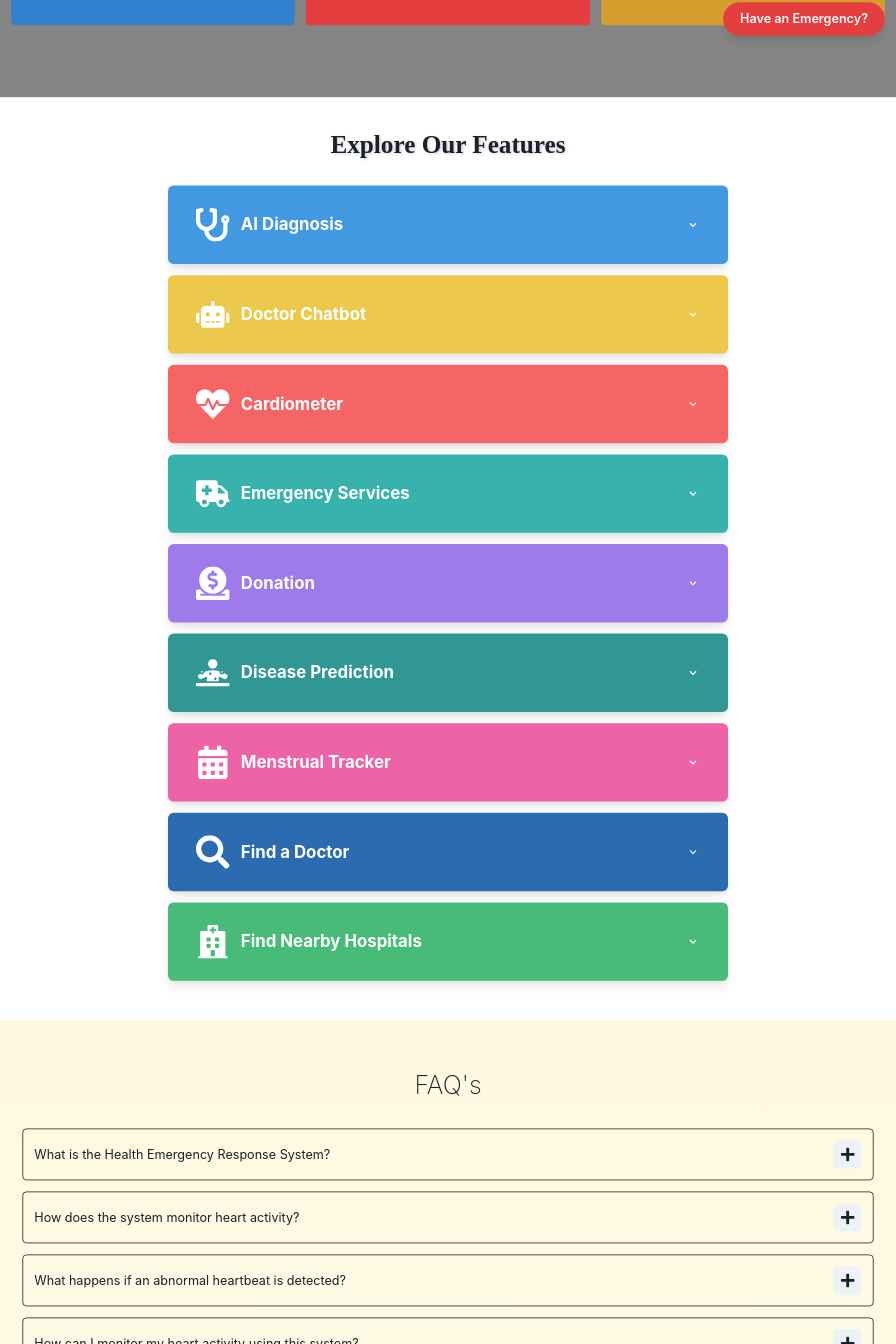
Repository: UniquePratham/VitalityAI
Page: /
These files come from the project's save history. The page is drawn as it stood at one moment and after the next save; the edit follows.
The browser window is 1280 px wide. The pictures show the part of the page from y = 653 to 2573 px (the page is 3462 px tall), at 70% of full size.
Pictures or frames that could not be fetched are drawn as grey boxes. The project was rebuilt for these pictures with package versions that can differ from the ones it lists, and the page was loaded fresh each time. The framework's server and built-in components were replaced by stand-ins that run in the browser. Also part of the build but not shown: next.config.js.

Above is the page before, as saved 2024-08-25 06:28:28.

After the next save:
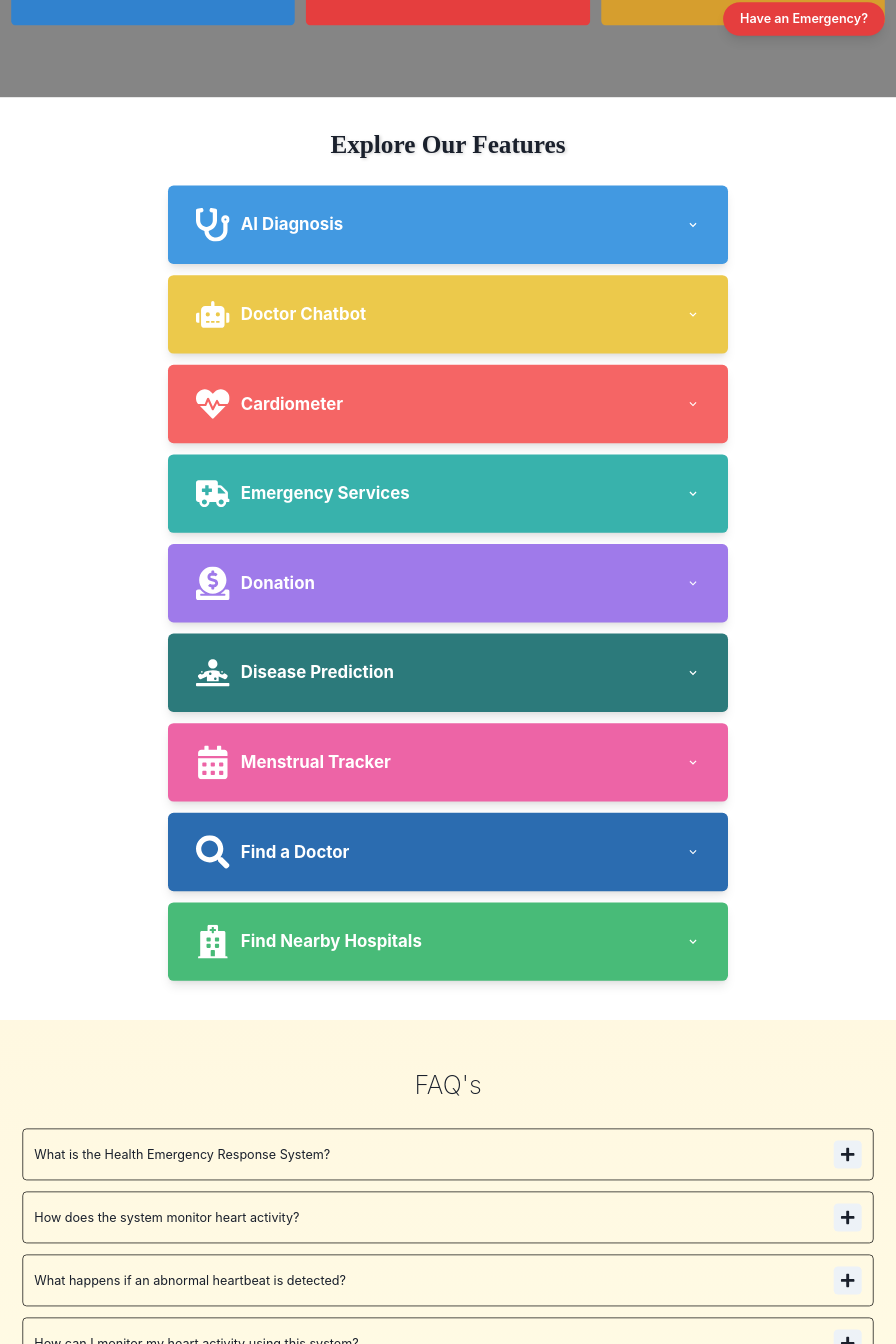
Saved 10 s later.
--- a/components/Guide.js
+++ b/components/Guide.js
@@ -85,7 +85,7 @@ const features = [
     description:
       'Predict possible health conditions based on symptoms and health data to help you stay informed and take preventive actions.',
     icon: FaDiagnoses,
-    bg: 'teal.500',
+    bg: 'teal.600',
     details: `The Disease Prediction feature uses advanced analytics to assess symptoms and provide potential health diagnoses.
               This tool helps users anticipate possible conditions, track relevant symptoms, and receive personalized insights for proactive healthcare management.
               It's designed to support better health awareness, enabling early intervention and improving overall well-being.`,
